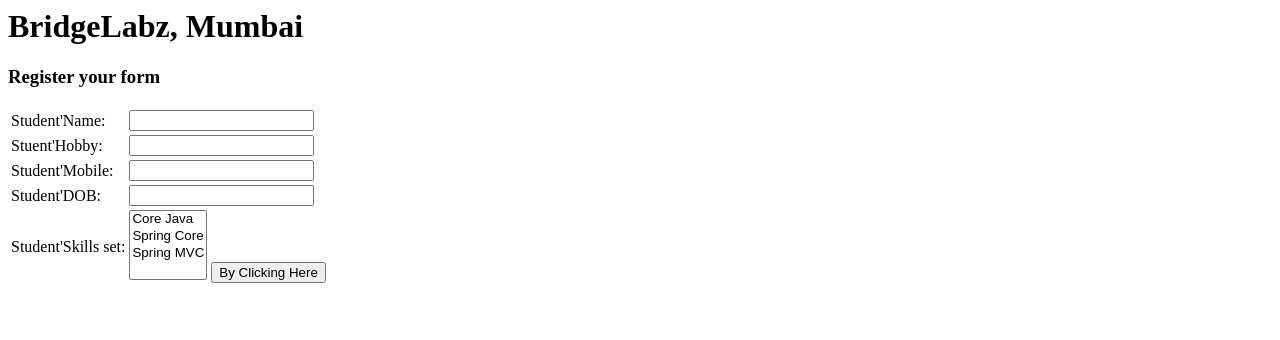
Repository: MFiroz303/Springs
Page: http://localhost/SampleApp/admissionform.html
The author's editor kept a copy of each file at every save. The page is drawn from the files as they stood at one save, then again after the next save.
The browser window is 1280 px wide. The pictures show the whole page.
The page is served by Tomcat 9.

Above is the page before, as saved 2017-10-16 06:21:33.

After the next save:
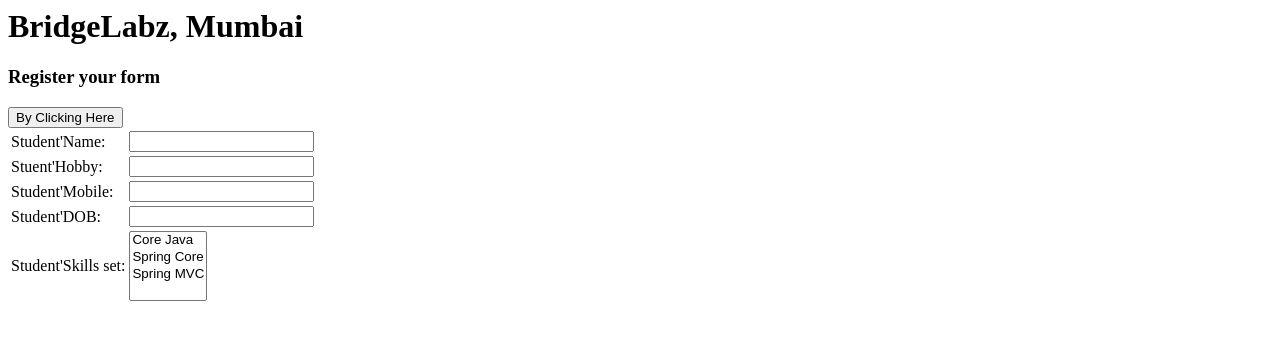
Saved 23 s later.
--- a/SampleApp/src/main/webapp/WEB-INF/admission.jsp
+++ b/SampleApp/src/main/webapp/WEB-INF/admission.jsp
@@ -22,7 +22,7 @@
 					<option value="Core java">Core Java</option>
 					<option value="Spring core">Spring Core</option>
 					<option value="Spring MVc">Spring MVC</option>
-			</select>
+			</select> <tr><tr>
 		    <input type="submit" value="By Clicking Here">
 
 			</table>

After the save that followed:
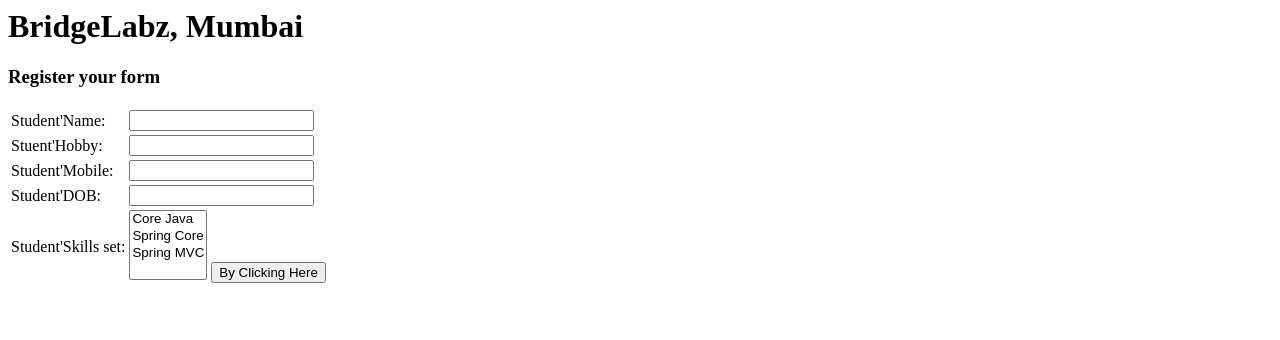
Saved 14 s later.
--- a/SampleApp/src/main/webapp/WEB-INF/admission.jsp
+++ b/SampleApp/src/main/webapp/WEB-INF/admission.jsp
@@ -22,7 +22,7 @@
 					<option value="Core java">Core Java</option>
 					<option value="Spring core">Spring Core</option>
 					<option value="Spring MVc">Spring MVC</option>
-			</select> <tr><tr>
+			</select>
 		    <input type="submit" value="By Clicking Here">
 
 			</table>
